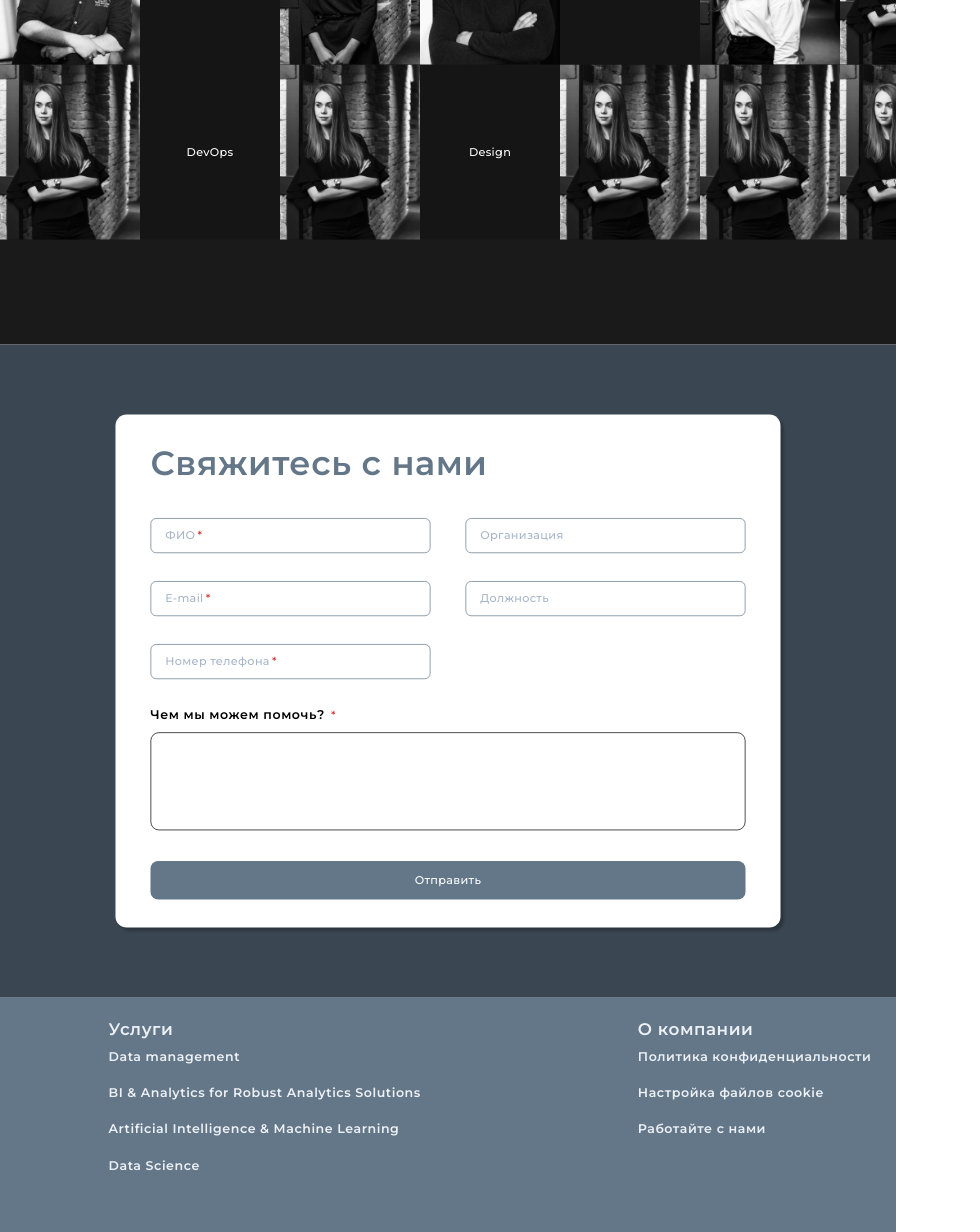
Repository: DalerAlyamov/paymona
Page: /about-us
The author's editor kept a copy of each file at every save. The page is drawn from the files as they stood at one save, then again after a run of saves.
The browser window is 1280 px wide. The page is 1400 px wide, so the pictures cover 1400 px, including what lies to the right of the window. The pictures show the part of the page from y = 993 to 2753 px (the page is 2753 px tall), at 70% of full size.
The project was rebuilt for these pictures with package versions that can differ from the ones it lists, and the page was loaded fresh each time. Also part of the build but not shown: src/icons/Home.js, src/icons/HeadsetMic.js, src/icons/Person.js, src/icons/Work.js, src/icons/ExpandMore.js, src/icons/ArrowForwardIos.js, src/icons/Search.js, src/icons/FilterList.js and 17 more.

Above is the page before, as saved 2021-09-11 14:54:08.

After the next 2 saves:
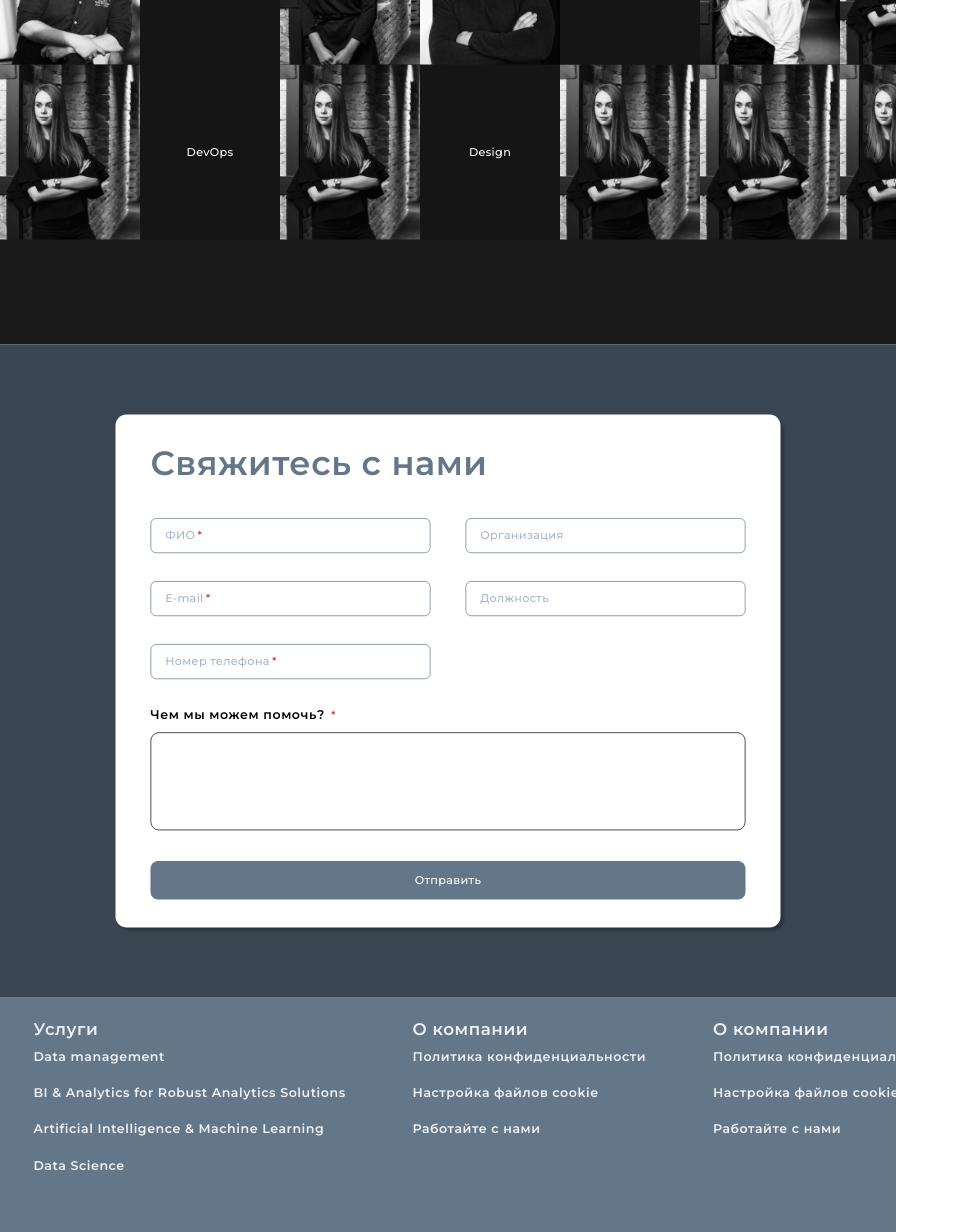
The 2 saves are shown as one change because they came seconds apart.
The last was saved 5 min 15 s later.
--- a/src/components/Footer/Footer.js
+++ b/src/components/Footer/Footer.js
@@ -22,6 +22,13 @@ const Footer = () => {
           <Link to='/' className={styles.servicesItems}>Работайте с нами</Link>
         </div>
 
+        <div className={styles.AboutCompany}>
+          <span className={styles.title}>О компании</span>
+          <Link to='/' className={styles.servicesItems}>Политика конфиденциальности</Link>
+          <Link to='/' className={styles.servicesItems}>Настройка файлов cookie</Link>
+          <Link to='/' className={styles.servicesItems}>Работайте с нами</Link>
+        </div>
+
       </div>
 
     </div>
